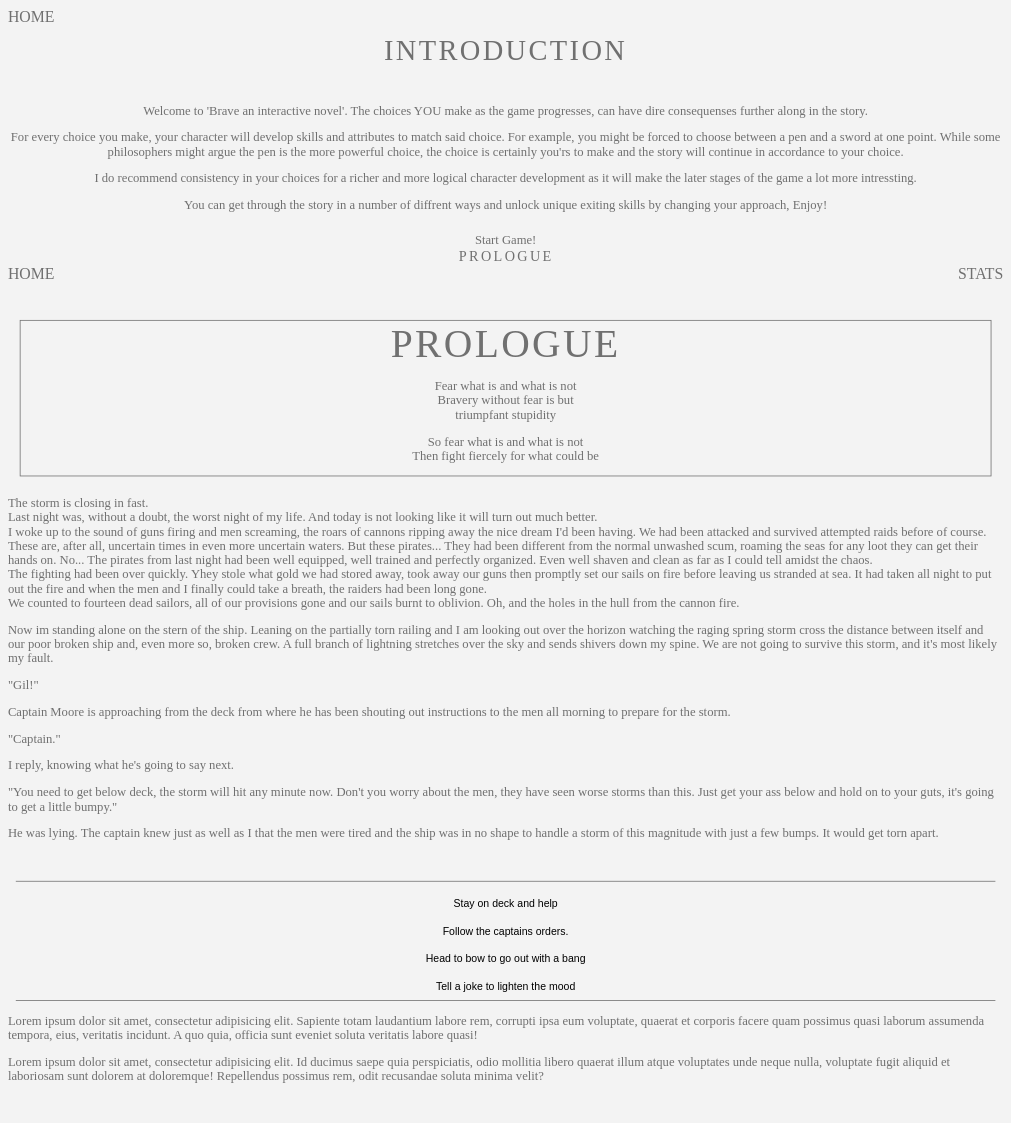
Repository: Pontushol/Brave-An-Interactive-Novel
Page: intro.html
The author's editor kept a record of every edit. The page is drawn from the files as they stood at one moment, then again after the next edit.
The browser window is 1280 px wide. The pictures show the whole page, at 79% of full size.
Some web libraries are served in a nearby version.

Above is the page before.

### intro.html
<!DOCTYPE html>
<html lang="en">

<head>
    <meta charset="UTF-8">
    <meta name="viewport" content="width=device-width, initial-scale=1.0">
    <meta http-equiv="X-UA-Compatible" content="ie=edge">
    <script src="https://kit.fontawesome.com/733f13d437.js"></script>

    <link rel="stylesheet" href="assets/css/main.css" type="text/css" />
    <title>Brave - An Interactive Novel</title>
</head>

<body>
    <nav id="intro-nav">
        <a href="home.html">HOME</a>
    </nav>
    <header>
        <h1 id="intro-header">
            Introduction
        </h1>
    </header>

    <main class="content-container">
        <p>

            Welcome to 'Brave an interactive novel'. The choices YOU make as the game progresses, can have dire consequenses further along in the story. </p>
        <p></p>
        For every choice you make, your character will develop skills and attributes to match said choice. For example, you might be forced to choose between a pen and a sword at one point. While some philosophers might argue the pen is the more powerful choice,
        the choice is certainly you'rs to make and the story will continue in accordance to your choice.
        </p>
        <p>
            I do recommend consistency in your choices for a richer and more logical character development as it will make the later stages of the game a lot more intressting.
        </p>
        <p>
            You can get through the story in a number of diffrent ways and unlock unique exiting skills by changing your approach, Enjoy! <!--so please do use the save function and try out some diffrent paths!-->
        </p>
    </main>

    <div class="btn-container">
    <a href="content/page-1.html">Start Game!</a>
        </div>


        <section class="prologue">
            <nav class="ig-navbar">
        <a href="home.html">HOME</a>
        <h2>Prologue</h2>
        <p id="modal-btn">STATS</p>

        <div id="stats-modal" class="modal">
            <div class="modal-content">
                 <div class="modal-header">
                <span class="close-btn">&times;</span>
                <h2>Stats / Bio</h2>
                </div>
                <div class="modal-body">
                    <p>Hello World</p>
                </div>
            </div>
        </div>
    </nav>
    <header class="chapter-header">
        <h1>
            PROLOGUE
        </h1>
        <p>
            Fear what is and what is not<br> Bravery without fear is but<br> triumpfant stupidity<br>
        </p>
        <p>So fear what is and what is not<br> Then fight fiercely for what could be
        </p>
    </header>

    <section class="text-section">
        <p>The storm is closing in fast.<br> Last night was, without a doubt, the worst night of my life. And today is not looking like it will turn out much better. <br> I woke up to the sound of guns firing and men screaming, the roars of cannons ripping away
            the nice dream I'd been having. We had been attacked and survived attempted raids before of course. These are, after all, uncertain times in even more uncertain waters. But these pirates... They had been different from the normal unwashed scum,
            roaming the seas for any loot they can get their hands on. No... The pirates from last night had been well equipped, well trained and perfectly organized. Even well shaven and clean as far as I could tell amidst the chaos.<br> The fighting had been over quickly.
            Yhey stole what gold we had stored away, took away our guns then promptly set our sails on fire before leaving us stranded at sea. It had taken all night to put out the fire and when the men and I finally could take a breath, the raiders had been long
            gone.
            <br> We counted to fourteen dead sailors, all of our provisions gone and our sails burnt to oblivion. Oh, and the holes in the hull from the cannon fire.</p>

        <p>Now im standing alone on the stern of the ship. Leaning on the partially torn railing and I am looking out over the horizon watching the raging spring storm cross the distance between itself and our poor broken ship and, even more so, broken crew.
            A full branch of lightning stretches over the sky and sends shivers down my spine. We are not going to survive this storm, and it's most likely my fault. </p>

        <p>"Gil!"</p>

        <p>Captain Moore is approaching from the deck from where he has been shouting out instructions to the men all morning to prepare for the storm.
        </p>
        <p>"Captain."</p>
        <p>I reply, knowing what he's going to say next.
        </p>
        <p> "You need to get below deck, the storm will hit any minute now. Don't you worry about the men, they have seen worse storms than this. Just get your ass below and hold on to your guts, it's going to get a little bumpy."
        </p>
        <p>He was lying. The captain knew just as well as I that the men were tired and the ship was in no shape to handle a storm of this magnitude with just a few bumps. It would get torn apart.
        </p>


    </section>
    <section class="choice-section-1 text-section" id>
        <div class="choice-display choice-display-1">
            <button class="choice-btn btn-1" id="str-btn" type="button" href="#">
            Stay on deck and help
        </button>
            <button class="choice-btn btn-2 null-btn" type="button" href="#">
            Follow the captains orders.
        </button>
            <button class="choice-btn btn-3" type="button" href="#">
            Head to bow to go out with a bang
        </button>
            <button class="choice-btn btn-4" id="wit-btn" type="button" href="#">
            Tell a joke to lighten the mood
        </button>
        </div>



        <div class="choice-1 choice-hidden">
            <p> "Captain, Just because I'm royal, that does not mean I'm stupid." I say with a small smile "I know just as well as you that we are less than probable to reach Entagrim alive. I mean, it was a fools' hope to begin with, don't you think? The
                fact that we got this far is a small miracle in itself. So I refuse to follow your orders, Mr. Moore. I will stay up here and help as best I can and if the gods are with us maybe we can get out of this mess. But I will not sit below deck
                like a child waiting for his punishment."
            </p>
            <p>Something flashed in the captains eyes<br> "Very well. Then tie yourself to the mast like the rest of the men, half of the railing is gone and we dont want you falling over board at the first wave. After that you can man a starboard side oar,
                then start praying, boy." <br>It takes a certain kind of man to call a prince of the northern isles 'boy' and get away with hit with both hands, Captain Moore is such a man.
            </p>
            <p>On my way over to the mast, It's as if night suddenly falls. The almost black clouds of the storm cover the sky and in seconds the full force of the storm is over us.
            </p>

            <div class="choice-display choice-display-2">
                <button class="choice-btn btn-1" type="button" href="#">
            Man the oars without securing a rope
        </button>
                <button class="choice-btn btn-2" type="button" href="#">
            Rush to the mast to secure a rope
        </button>
            </div>
        </div>
        <div class="choice-2 null-choice">
            <p>
                Lorem ipsum dolor sit amet, consectetur adipisicing elit. Sapiente totam laudantium labore rem, corrupti ipsa eum voluptate, quaerat et corporis facere quam possimus quasi laborum assumenda tempora, eius, veritatis incidunt. A quo quia, officia sunt eveniet soluta veritatis labore quasi!
            </p>
            </div>
        <div class="choice-3 null-choice">
            <p>
                Lorem ipsum dolor sit amet, consectetur adipisicing elit. Id ducimus saepe quia perspiciatis, odio mollitia libero quaerat illum atque voluptates unde neque nulla, voluptate fugit aliquid et laboriosam sunt dolorem at doloremque! Repellendus possimus rem, odit recusandae soluta minima velit?
            </p>
        </div>
        <div class="choice-4 wit-choice"></div>
    </section>


    <button class="choice-btn btn-1 hidden" id="agi-btn" type="button" href="#"></button>
    <button class="choice-btn btn-1 hidden" id="dex-btn" type="button" href="#"></button>
    <button class="choice-btn btn-1 hidden" id="int-btn" type="button" href="#"></button>
    <button class="choice-btn btn-1 hidden" id="prc-btn" type="button" href="#"></button>
        </section>





    <script src="https://code.jquery.com/jquery-3.2.1.js" integrity="sha256-DZAnKJ/6XZ9si04Hgrsxu/8s717jcIzLy3oi35EouyE=" crossorigin="anonymous"></script>
    <script src="scripts/script.js"></script>
</body>

</html>

### assets/css/main.css
/*--------------------General Styling--------------------*/

body {
    background-color: #F3F3F3;
    color: #707070;
    min-height: 100vh;
    font-family: Rockwell;
    margin: 0;
}

a {
    text-decoration: none;
    color: #707070;
}

header {
    text-align: center;
}

h1, h2, h3, h6 {
    font-family: Perpetua;
    font-weight: 100;
    text-transform: uppercase;
    letter-spacing: 3px;
    margin-bottom: 20px;
    margin-top: 0;
}

h1 {
    font-size: 60px;
}

h2 {
    font-size: 18px;
}

h3, h6 {
    margin: 0;
}

h6 {
    letter-spacing: 0;
}

ul {
    padding: 0;
}


.hidden {
    display: none;
}
/*-------------------Start Screen------------------------*/



#showcase-start {
    padding: 100px 70px;
}

#showcase-title {
    margin: 0;
}


#showcase-start h6 {
    margin-bottom: 100px;
}

/*-------------------Home Screen------------------------*/

#return-btn-index {
    display: flex;
    text-align: center;
    justify-content: flex-end;
    padding-top: 5px;
    /*display: none;*/
}

#return-btn-index button {
    width: 80px;
    border: none;
    text-decoration: none;
    background-color: #f3f3f3;
    font-family: Rockwell;
    color: #707070;
}

/*.push-down-75 {*/
/*    padding-top: 75px;*/
/*}*/

.btn-container {
    display: flex;
    flex-direction: column;
    align-items: center;

}



.home-btn {
    text-decoration: underline;
    padding: 10px;
}

.social-list {
    display: flex;
    list-style: none;
    justify-content: center;
}

.social-link {
    font-size: 2em;
    padding: 25px 15px;
}


/*-------------------------Intro Page-------------------*/
#intro-nav {
    padding: 10px;
    font-size: 20px;
}

#intro-header {
    font-size: 36px;
}

.content-container {
    text-align: center;
    padding: 10px;
}


/*-------------------------Content Pages-------------------*/


.chapter-header {
    margin: 25px;
    border: 1px solid #707070;
}

.chapter-header h1 {
    font-size: 50px;
    margin-bottom: 0;
}

.ig-navbar {
    display: flex;
    justify-content: space-between;
    padding: 2px 10px;
    font-size: 20px;
}

.ig-navbar h2 {
    align-self: flex-start;
}

.ig-navbar a {
    align-self: center;
}

.text-section {
    margin:10px;
    padding-bottom: 25px;


}



.choice-display {
    margin: 20px 0 30px 0;
}

.choice-display {
    display: flex;
    flex-direction: column;
    padding-top: 10px;
    margin: 0px 10px 5px 10px;
    border-top: 1px solid #707070;
    border-bottom: 1px solid #707070;
}

.choice-btn {
    border: 0;
    background: 0;
    margin: 10px;
    padding: 0;
}

.choice-hidden {
    display: none;
    border-top: 1px solid #707070;
}


/*----------------Modal---------------*/

.modal {
    display: none;
    position: fixed;
    z-index: 1;
    left: 0;
    top: 0;
    width: 100%;
    height: 100%;
    overflow: auto;
    background-color: rgba(0, 0, 0, 0.5);
}

.modal-content {
    background-color: #f4f4f4;
    margin: 10% auto;
    padding: 20px;
    width: 80%;
    box-shadow: 0 5px 8px 0 rgba(0,0,0,0.2), 0 7px 20px 0 rgba(0,0,0,0.17);;

    animation-name: modalopen;
    animation-duration: 1s;
}

.close-btn {
    color: #ccc;
    float: right;
    font-size: 30px;
}

.close-btn:hover, .close-btn:focus {
    color: #000;
    text-decoration: none;
    cursor: pointer;
}


@keyframes modalopen {
    from {opacity: 0;}
    to {opacity: 1;}
}



@media (min-width: 1025) {


/*------------------- Desktop Screen------------------------*/

#showcase-header {
    display: flex;
    justify-content: center;
    height: 100vh;
}

#showcase-start {
    border: 1px solid #707070;
    padding: 70px;
    align-self: center;
    -webkit-box-shadow: 1px 1px 7px 4px rgba(112, 112, 112, 1);
    -moz-box-shadow: 1px 1px 7px 4px rgba(112, 112, 112, 1);
    box-shadow: 1px 1px 7px 4px rgba(112, 112, 112, 1);
}

#showcase-title {
    margin: 0;
}

}

Loaded but not shown: scripts/script.js (no copy from this time; the picture is the same without it)

After the next edit:
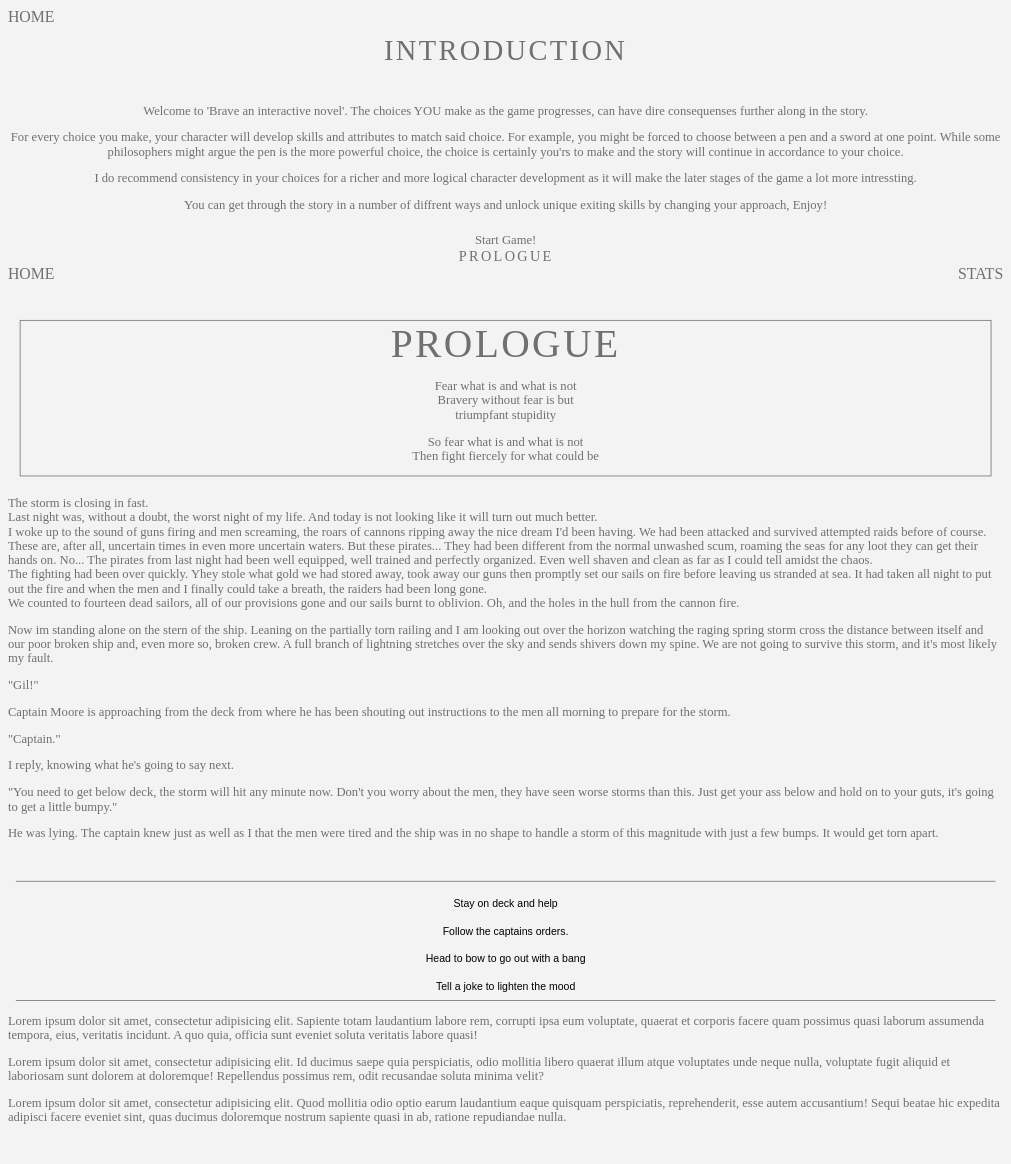
The edit:
--- a/intro.html
+++ b/intro.html
@@ -144,7 +144,11 @@
                 Lorem ipsum dolor sit amet, consectetur adipisicing elit. Id ducimus saepe quia perspiciatis, odio mollitia libero quaerat illum atque voluptates unde neque nulla, voluptate fugit aliquid et laboriosam sunt dolorem at doloremque! Repellendus possimus rem, odit recusandae soluta minima velit?
             </p>
         </div>
-        <div class="choice-4 wit-choice"></div>
+        <div class="choice-4 wit-choice">
+            <p>
+                Lorem ipsum dolor sit amet, consectetur adipisicing elit. Quod mollitia odio optio earum laudantium eaque quisquam perspiciatis, reprehenderit, esse autem accusantium! Sequi beatae hic expedita adipisci facere eveniet sint, quas ducimus doloremque nostrum sapiente quasi in ab, ratione repudiandae nulla.
+            </p>
+        </div>
     </section>
 
 
